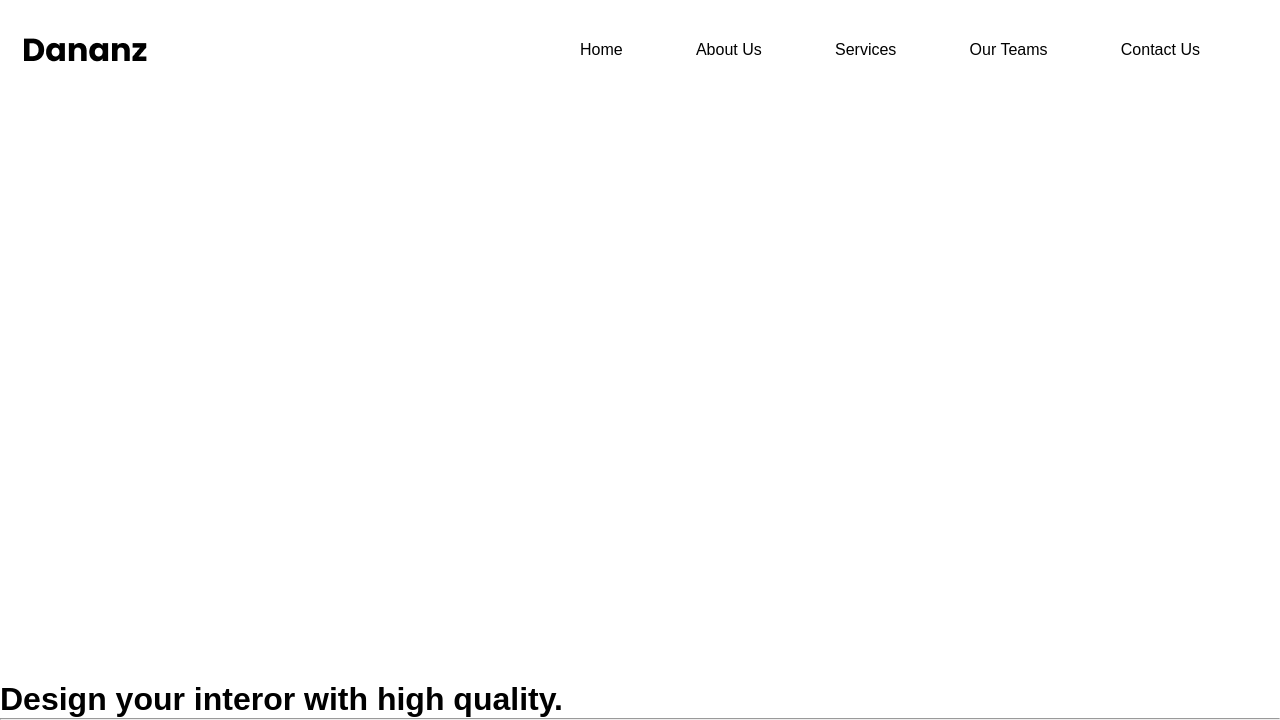
Repository: AsadKasimov/disain
Page: index.html
An editor plug-in stored every save of this project. The page is shown before and after a run of saves, followed by the edit.
The browser window is 1280 px wide. The pictures show the whole page.

Above is the page before, as saved 2023-04-20 00:58:13.

### index.html
<!DOCTYPE html>
<html lang="en">
<head>
    <meta charset="UTF-8">
    <meta http-equiv="X-UA-Compatible" content="IE=edge">
    <meta name="viewport" content="width=device-width, initial-scale=1.0">
    <title>F</title>
    <link rel="stylesheet" href="./style.css">
</head>
<body>
    <div class="wrapper">
        <header class="header">
            <!-- Шапка -->
            <div class="logo">
                <img src="./img/Dananz.png" alt="">
            </div>

            <!-- Меню сайта -->
            <nav class="nav">
                <ul>
                    <li>Home</li>
                    <li>About Us</li>
                    <li>Services</li>
                    <li>Our Teams</li>
                    <li>Contact Us</li>

                </ul>
            </nav>

            <!-- Иконка бургерменю -->
            <div class="burger">
                <span></span>
            </div>
        </header>

    </div>

    <div class="menu">
        <div class="text-menu">
            <h1>Design your interor with high quality.</h1>
        </div>
        <div class="text-line"><hr></div>

    </div>

    <script>
        document.querySelector('.burger').addEventListener('click', function() {
            this.classList.toggle('active');
            document.querySelector('.nav').classList.toggle('open');
        })
    </script>
</body>
</html>

### style.css
html, body {
  height: 100%;
  width: 100%;
}

body {
  display: flex;
  flex-direction: column;
  font-family: Arial, "Helvetica Neue", Helvetica, sans-serif;
  background-color: #fff;

}

*{
  padding: 0;
  margin: 0;
  box-sizing: border-box;
}

.wrapper{
  flex-grow: 1;
}

.open{
  display: flex !important;
}

.header{
  display: flex;
  align-items: center;
  justify-content: space-between;
  min-height: 100px;
  background-color: #fff;
  color: #000;
  padding: 0 40px;
}

.logo{
  display: flex;
  justify-content: center;
  flex-direction: column;
  align-items: center;

  width: 90px;
  height: 90px;
}

.nav{
  display: flex;
  width: 700px;
  padding: 0 40px;
}

.nav ul{
  width: 100%;
  list-style: none;
  display: flex;
  justify-content: space-between;
}

.burger{
  display: none;
  position: relative;
  z-index: 50;
  align-items: center;
  justify-content: flex-end;
  width: 30px;
  height: 18px;
}

.burger span{
  height: 2px;
  width: 80%;
  transform: scale(1);
  background-color: #000;
}

.burger::before, .burger::after{
  content: '';
  position: absolute;
  height: 2px;
  width: 100%;
  background-color: #000;
  transition: all 0.3s ease 0s;
}

.burger::before { top: 0 }

.burger::after { bottom: 0 }


.burger.active span { transform: scale(0) }

.burger.active::before{
  top: 50%;
  transform: rotate(-45deg) translate(0, -50%);
}

.burger.active::after{
  bottom: 50%;
  transform: rotate(45deg) translate(0, 50%);
}

.menu{
  display: ;
}

.text-menu{

}

@media (max-width: 700px) {

  .burger { display: flex }

  .nav{
      display: none;
      flex-direction: column;
      position: fixed;
      height: 100%;
      width: 100%;
      top: 0; bottom: 0; left: 0; right: 0;
      z-index: 50;
      overflow-y: auto;
      padding: 50px 40px;
      background-color: ghostwhite;

  }

  .nav ul{
      flex-direction: column;
      row-gap: 30px;
  }
}

After the next 2 saves:
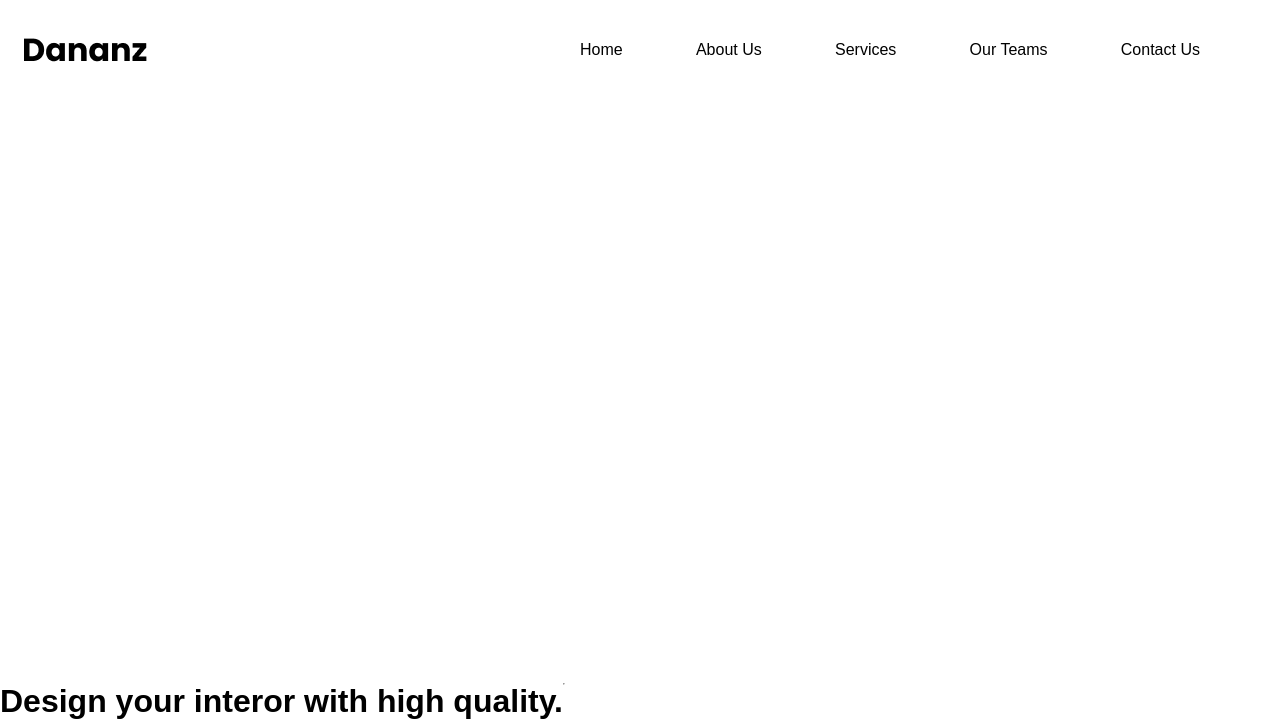
The 2 saves are shown as one change because they came seconds apart.
The last was saved 6 s later.
--- a/style.css
+++ b/style.css
@@ -102,7 +102,8 @@ body {
 }
 
 .menu{
-  display: ;
+  display: flex;
+
 }
 
 .text-menu{
